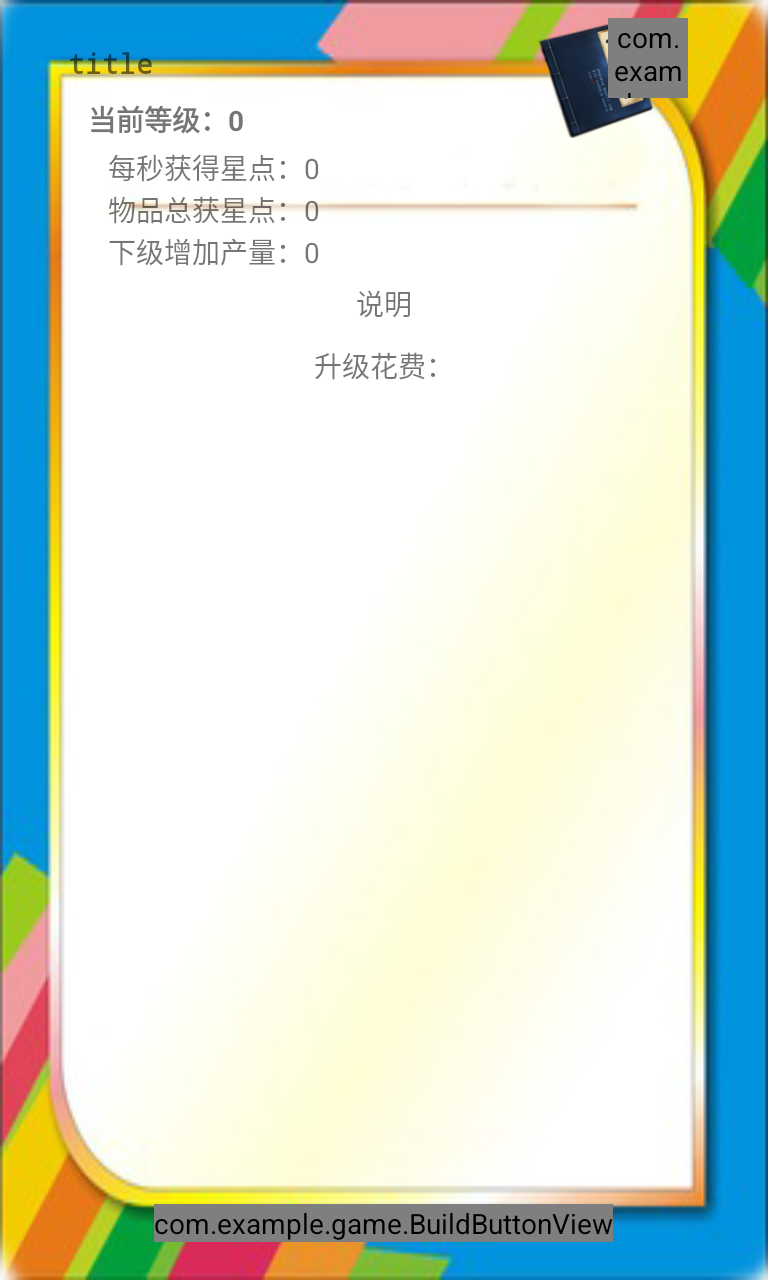
Repository: xianyun2014/StarPoint
Layout: game/res/layout/build_info_view.xml
An editor plug-in stored every save of this project. The layout is shown before and after the next save, followed by the edit.
Pictures or frames that could not be fetched are drawn as grey boxes. It is drawn on a 768 x 1280 px phone screen (xhdpi) without system bars, with theme AppTheme; the app's code is not run.

Above is the layout before, as saved 2014-11-17 17:30:15.

### game/res/layout/build_info_view.xml
<RelativeLayout xmlns:android="http://schemas.android.com/apk/res/android"
    xmlns:android1="http://schemas.android.com/apk/res/android"
    android1:id="@+id/build_info"
    android1:layout_width="wrap_content"
    android1:layout_height="wrap_content"
    android1:layout_alignParentBottom="true"
    android1:layout_alignParentLeft="true"
    android1:layout_alignParentRight="true"
    android1:layout_alignParentTop="true"
    android1:layout_marginBottom="150dp"
    android1:layout_marginLeft="10dp"
    android1:layout_marginRight="10dp"
    android1:layout_marginTop="60dp" >

    <ImageView
        android1:id="@+id/imageView1"
        android1:layout_width="fill_parent"
        android1:layout_height="fill_parent"
        android1:layout_alignParentBottom="true"
        android1:layout_alignParentLeft="true"
        android1:layout_alignParentTop="true"
        android1:scaleType="fitXY"
        android1:src="@drawable/info_build" />

    <TextView
        android1:id="@+id/build_title"
        android1:layout_width="wrap_content"
        android1:layout_height="wrap_content"
        android1:layout_alignParentLeft="true"
        android1:layout_alignParentTop="true"
        android1:layout_below="@layout/build_info_view"
        android1:layout_marginLeft="34dp"
        android1:layout_marginTop="22dp"
        android1:text="title"
        android1:textStyle="bold"
        android1:typeface="monospace" />

    <TableLayout
        android1:id="@+id/TableLayout1"
        android1:layout_width="wrap_content"
        android1:layout_height="wrap_content"
        android1:layout_alignLeft="@+id/build_title"
        android1:layout_below="@+id/textcurlevel"
        android1:layout_marginLeft="20dp"
        android1:layout_marginTop="3dp" >

        <TableRow
            android1:id="@+id/tableRow1"
            android1:layout_width="wrap_content"
            android1:layout_height="wrap_content" >

            <TextView
                android1:id="@+id/textView1"
                android1:layout_width="wrap_content"
                android1:layout_height="wrap_content"
                android1:text="每秒获得星点：" />

            <TextView
                android1:id="@+id/txt_yield_sec"
                android1:layout_width="wrap_content"
                android1:layout_height="wrap_content"
                android1:text="0" />

        </TableRow>

        <TableRow
            android1:id="@+id/tableRow2"
            android1:layout_width="wrap_content"
            android1:layout_height="wrap_content" >

            <TextView
                android1:id="@+id/textView3"
                android1:layout_width="wrap_content"
                android1:layout_height="wrap_content"
                android1:text="物品总获星点：" />

            <TextView
                android1:id="@+id/txt_yield_total"
                android1:layout_width="wrap_content"
                android1:layout_height="wrap_content"
                android1:text="0" />

        </TableRow>

        <TableRow
            android1:id="@+id/tableRow3"
            android1:layout_width="wrap_content"
            android1:layout_height="wrap_content" >

            <TextView
                android1:id="@+id/textView5"
                android1:layout_width="wrap_content"
                android1:layout_height="wrap_content"
                android1:text="下级增加产量：" />

            <TextView
                android1:id="@+id/txt_next_add"
                android1:layout_width="wrap_content"
                android1:layout_height="wrap_content"
                android1:text="0" />
        </TableRow>
    </TableLayout>

    <TextView
        android1:id="@+id/textcurlevel"
        android1:layout_width="wrap_content"
        android1:layout_height="wrap_content"
        android1:layout_alignLeft="@id/build_title"
        android1:layout_below="@+id/build_title"
        android1:layout_marginLeft="10dp"
        android1:layout_marginTop="8dp"
        android1:text="当前等级："
        android1:textStyle="bold" />

    <TextView
        android1:id="@+id/txt_Level"
        android1:layout_width="wrap_content"
        android1:layout_height="wrap_content"
        android1:layout_alignBaseline="@+id/textcurlevel"
        android1:layout_alignBottom="@+id/textcurlevel"
        android1:layout_toRightOf="@+id/textcurlevel"
        android1:text="0"
        android1:textStyle="bold" />

    <TextView
        android1:id="@+id/txt_info"
        android1:layout_width="wrap_content"
        android1:layout_height="wrap_content"
        android1:layout_below="@+id/TableLayout1"
        android1:layout_centerHorizontal="true"
        android1:layout_marginTop="5dp"
        android1:text="说明" />

    <ImageView
        android1:id="@+id/imageView2"
        android1:layout_width="60dp"
        android1:layout_height="60dp"
        android1:layout_alignRight="@+id/imageView1"
        android1:layout_alignTop="@+id/imageView1"
        android1:layout_marginRight="56dp"
        android1:layout_marginTop="9dp"
        android1:scaleType="fitXY"
        android1:src="@drawable/jz_xzdf" />

    <TextView
        android1:id="@+id/txt_cost"
        android1:layout_width="wrap_content"
        android1:layout_height="wrap_content"
        android1:layout_below="@+id/txt_info"
        android1:layout_centerHorizontal="true"
        android1:layout_marginTop="10dp"
        android1:text="升级花费：" />

    <com.example.game.BuildButtonView
        android1:id="@+id/buildButtonView1"
        android1:layout_width="wrap_content"
        android1:layout_height="wrap_content"
        android1:layout_alignParentBottom="true"
        android1:layout_centerHorizontal="true"
        android1:layout_marginBottom="19dp"
        android1:src="@drawable/updata" />

    <com.example.game.BuildButtonView
        android1:id="@+id/close"
        android1:layout_width="40dp"
        android1:layout_height="40dp"
        android1:layout_alignParentRight="true"
        android1:layout_alignTop="@+id/imageView2"
        android1:layout_marginRight="40dp"
        android1:scaleType="fitXY"
        android1:src="@drawable/close" />

</RelativeLayout>

Loaded but not shown: game/res/values/styles.xml (common file); game/res/values-v11/styles.xml (common file); game/res/values-v14/styles.xml (common file)

After the next save:
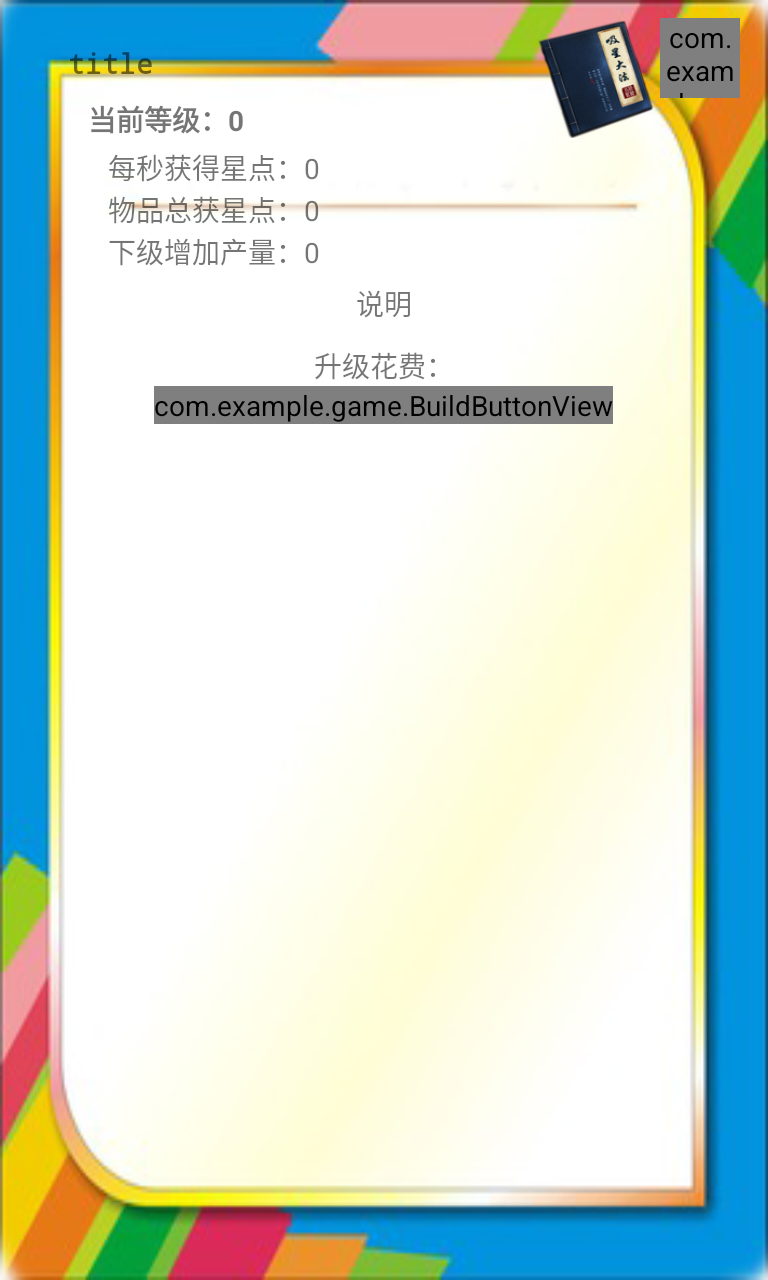
Saved 35 s later.
--- a/game/res/layout/build_info_view.xml
+++ b/game/res/layout/build_info_view.xml
@@ -10,7 +10,8 @@
     android1:layout_marginBottom="150dp"
     android1:layout_marginLeft="10dp"
     android1:layout_marginRight="10dp"
-    android1:layout_marginTop="60dp" >
+    android1:layout_marginTop="60dp"
+    android1:gravity="right" >
 
     <ImageView
         android1:id="@+id/imageView1"
@@ -152,22 +153,23 @@
         android1:text="升级花费：" />
 
     <com.example.game.BuildButtonView
-        android1:id="@+id/buildButtonView1"
-        android1:layout_width="wrap_content"
-        android1:layout_height="wrap_content"
-        android1:layout_alignParentBottom="true"
-        android1:layout_centerHorizontal="true"
-        android1:layout_marginBottom="19dp"
-        android1:src="@drawable/updata" />
-
-    <com.example.game.BuildButtonView
         android1:id="@+id/close"
         android1:layout_width="40dp"
         android1:layout_height="40dp"
-        android1:layout_alignParentRight="true"
-        android1:layout_alignTop="@+id/imageView2"
-        android1:layout_marginRight="40dp"
+        android1:layout_alignRight="@+id/imageView1"
+        android1:layout_alignTop="@+id/imageView1"
+        android1:layout_marginRight="14dp"
+        android1:layout_marginTop="9dp"
         android1:scaleType="fitXY"
         android1:src="@drawable/close" />
 
+    <com.example.game.BuildButtonView
+        android1:id="@+id/updata1"
+        android1:layout_width="wrap_content"
+        android1:layout_height="wrap_content"
+        android1:layout_below="@+id/txt_cost"
+        android1:layout_centerHorizontal="true"
+        android1:scaleType="fitXY"
+        android1:src="@drawable/updata" />
+
 </RelativeLayout>
